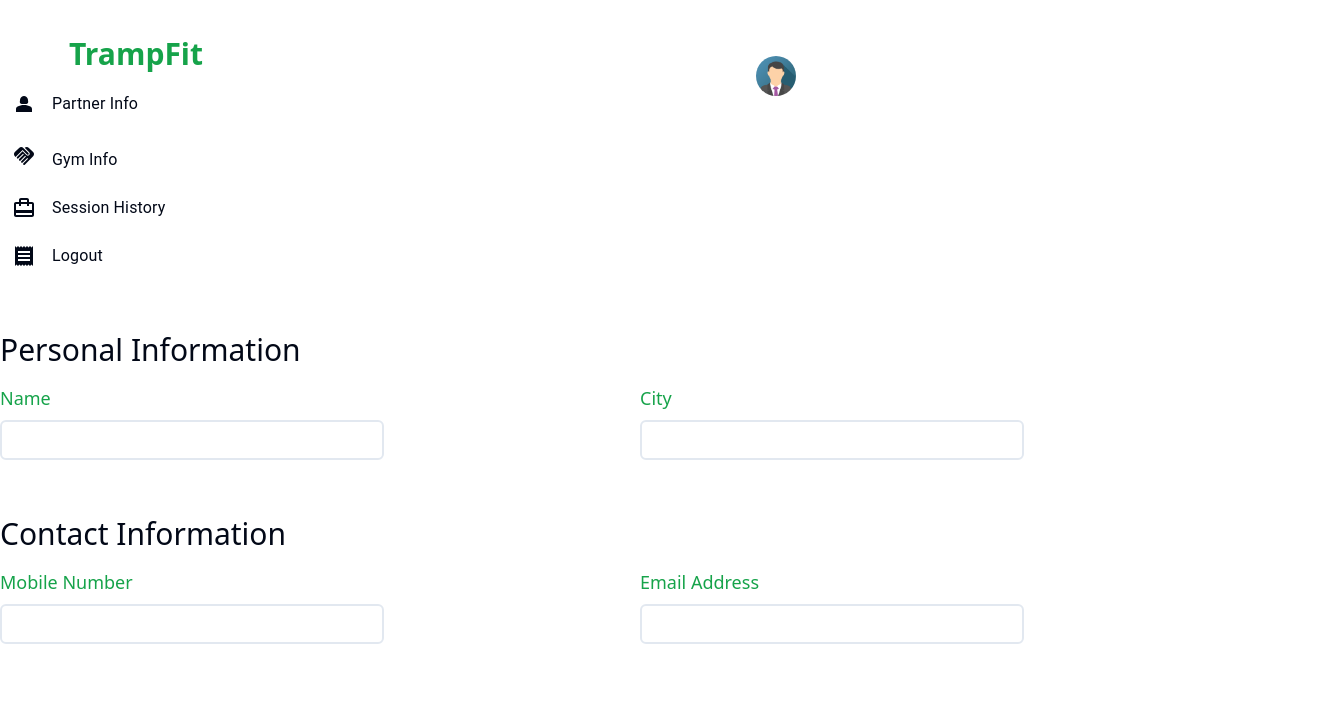
Repository: ezioxatul/TrampFit-Website
Page: /partner/partnerDashboard/partnerInfo (app in Frontend/)
An editor plug-in stored every save of this project. The page is shown before and after the next save, followed by the edit.
The browser window is 1280 px wide. The page is 1280 px wide, then 1344 px, so the pictures cover 1344 px, including what lies to the right of the window. The pictures show the whole page.
The project was rebuilt for these pictures with package versions that can differ from the ones it lists, and the page was loaded fresh each time. The framework's server and built-in components were replaced by stand-ins that run in the browser. Also part of the build but not shown: Frontend/next.config.js, Frontend/next.config.mjs, Frontend/components/Loader.js, Frontend/components/Popup.js.

Above is the page before, as saved 2024-05-16 17:44:04.

### Frontend/pages/_app.js
import Loader from "@/components/Loader";
import "@/styles/globals.css";
import { useRouter } from "next/router";
import { useEffect, useState } from "react";


const Loading = () => {

  return (
    <Loader/>
  );
}

export default function App({ Component, pageProps }) {

  const [loading, setLoading] = useState(false);
  const router = useRouter();

  useEffect(() => {
    const handleStart = () => setLoading(true);
    const handleComplete = () => setLoading(false);

    router.events.on('routeChangeStart', handleStart);
    router.events.on('routeChangeComplete', handleComplete);
    router.events.on('routeChangeError', handleComplete);

    return () => {
      router.events.off('routeChangeStart', handleStart);
      router.events.off('routeChangeComplete', handleComplete);
      router.events.off('routeChangeError', handleComplete);
    };
  }, []);

  return (
    <>
    <div className="h-2">
      {
        loading  &&
          <Loading />

      }
      </div>
          <Component {...pageProps} />

    </>
  );
}

### Frontend/pages/_document.js
import { Html, Head, Main, NextScript } from "next/document";

export default function Document() {
  return (
    <Html lang="en">
          <Head />
          <body>
            <Main />
            <NextScript />
          </body>
        </Html>
        );
}

### Frontend/pages/partner/partnerDashboard/partnerInfo.js
import PartnerSideBar from "@/components/PartnerSideBar";
import { Avatar } from "@mui/material";
import { Input } from "@/components/ui/input";
import { Label } from "@/components/ui/label";
import { useEffect, useState } from "react";
import { useRouter } from "next/router";
import { ToastContainer, toast } from "react-toastify";

export default function partnerInfo() {
    const inputClassName = "w-96 text-lg border-2";
    const labelClassName = "text-lg text-green-600 font-normal";
    const containerClassName = "ml-auto";

    return (
        <>
            <div className="flex flex-col min-h-screen">
                <div className="flex">
                    <PartnerSideBar />
                    <div className={`${containerClassName} mt-12 mx-auto`}>
                        <Avatar className="w-36 h-36 text-6xl bg-black" src="/avtar.png" />
                    </div>
                </div>
                <div>
                    <h1 className={`${containerClassName} text-3xl mb-4`}>Personal Information</h1>
                    <div className={`${containerClassName} flex mb-10`}>
                        <div className="mr-32 space-y-2">
                            <Label htmlFor="name" className={labelClassName}>
                                Name
                            </Label>
                            <Input type="text" className={inputClassName} />
                        </div>
                        <div className="ml-32 space-y-2">
                            <Label htmlFor="city" className={labelClassName}>
                                City
                            </Label>
                            <Input type="text" className={inputClassName} />
                        </div>
                    </div>
                </div>
                <div>
                    <h1 className={`${containerClassName} text-3xl mb-4 mt-4`}>Contact Information</h1>
                    <div className={`${containerClassName} flex mb-10`}>
                        <div className="mr-32 space-y-2">
                            <Label htmlFor="name" className={labelClassName}>
                                Mobile Number
                            </Label>
                            <Input type="text" className={inputClassName} />
                        </div>
                        <div className="ml-32 space-y-2 mb-10">
                            <Label htmlFor="city" className={labelClassName}>
                                Email Address
                            </Label>
                            <Input type="text" className={inputClassName} />
                        </div>
                        <ToastContainer />
                    </div>
                </div>
            </div>
        </>
    );
}

### Frontend/styles/globals.css
@tailwind base;
@tailwind components;
@tailwind utilities;


@layer base {
  :root {
    --background: 0 0% 100%;
    --foreground: 222.2 84% 4.9%;

    --card: 0 0% 100%;
    --card-foreground: 222.2 84% 4.9%;

    --popover: 0 0% 100%;
    --popover-foreground: 222.2 84% 4.9%;

    --primary: 222.2 47.4% 11.2%;
    --primary-foreground: 210 40% 98%;

    --secondary: 210 40% 96.1%;
    --secondary-foreground: 222.2 47.4% 11.2%;

    --muted: 210 40% 96.1%;
    --muted-foreground: 215.4 16.3% 46.9%;

    --accent: 210 40% 96.1%;
    --accent-foreground: 222.2 47.4% 11.2%;

    --destructive: 0 84.2% 60.2%;
    --destructive-foreground: 210 40% 98%;

    --border: 214.3 31.8% 91.4%;
    --input: 214.3 31.8% 91.4%;
    --ring: 222.2 84% 4.9%;

    --radius: 0.5rem;
  }

  .dark {
    --background: 222.2 84% 4.9%;
    --foreground: 210 40% 98%;

    --card: 222.2 84% 4.9%;
    --card-foreground: 210 40% 98%;

    --popover: 222.2 84% 4.9%;
    --popover-foreground: 210 40% 98%;

    --primary: 210 40% 98%;
    --primary-foreground: 222.2 47.4% 11.2%;

    --secondary: 217.2 32.6% 17.5%;
    --secondary-foreground: 210 40% 98%;

    --muted: 217.2 32.6% 17.5%;
    --muted-foreground: 215 20.2% 65.1%;

    --accent: 217.2 32.6% 17.5%;
    --accent-foreground: 210 40% 98%;

    --destructive: 0 62.8% 30.6%;
    --destructive-foreground: 210 40% 98%;

    --border: 217.2 32.6% 17.5%;
    --input: 217.2 32.6% 17.5%;
    --ring: 212.7 26.8% 83.9%;
  }
}

@layer base {
  * {
    @apply border-border;
  }
  body {
    @apply bg-background text-foreground;
  }
}


.outline_remove:focus{


}
.focus-visible\:ring-offset-2:focus-visible{
  border:none !important;
  outline: none !important;
  border-style: none;
}

### Frontend/components/PartnerSideBar.js
import List from '@mui/material/List';
import ListItemButton from '@mui/material/ListItemButton';
import ListItemText from '@mui/material/ListItemText';
import Person2Icon from '@mui/icons-material/Person2';
import HandshakeIcon from '@mui/icons-material/Handshake';
import CardTravelIcon from '@mui/icons-material/CardTravel';
import ReceiptIcon from '@mui/icons-material/Receipt';
import LogoutIcon from '@mui/icons-material/Logout';

import { useState } from 'react';
import Link from 'next/link';
import Popup from './Popup';
import { useRouter } from 'next/router';

export default function PartnerSideBar() {

    let SideBarHeading = ['Partner Info', 'Gym Info', 'Session History', 'Logout'];

    let router = useRouter();
    let [start, setStart] = useState(false);

    const logout = () => {
        setStart(!start);
    }


    const logoutEvent = () => {
        localStorage.removeItem('partnerToken');
        setStart(false);
        router.push('/partner/partnerLogin')
    }
    return (
        <>
            <div className=" w-72  m-[-8px] p-1  mb-10">
                <Link href="#"><h1 className=' text-green-600 text-3xl font-semibold text-center mt-8 cursor-pointer'>TrampFit</h1></Link>

                <List className='bg-white mt-8 ml-6 space-y-2'>
                    {
                        SideBarHeading.map((text, index) => {
                            return (
                                index === 1 ?
                                    <>

                                        <ListItemButton className=' space-x-4 flex justify-between hover:bg-green-100 hover:rounded-2xl hover:text-green-600'>
                                            <Link href="#" className='flex space-x-4 '>
                                                <HandshakeIcon className='text-2xl' />
                                                <ListItemText primary={text} />
                                            </Link>
                                        </ListItemButton>

                                    </> :
                                    index === 0 ?
                                        <Link href="#">
                                            <ListItemButton className=' space-x-4 hover:bg-green-100 hover:rounded-2xl hover:text-green-600'>
                                                <Person2Icon className='text-2xl' />
                                                <ListItemText primary={text} />
                                            </ListItemButton>
                                        </Link> :
                                        index === 2 ?
                                            <Link href="#">
                                                <ListItemButton className=' space-x-4 hover:bg-green-100 hover:rounded-2xl hover:text-green-600'>
                                                    <CardTravelIcon className='text-2xl' />
                                                    <ListItemText primary={text} />
                                                </ListItemButton>
                                            </Link> :
                                            index === 3 ?
                                                <Link href="#">
                                                    <ListItemButton className=' space-x-4 hover:bg-green-100 hover:rounded-2xl hover:text-green-600'>
                                                        <ReceiptIcon className='text-2xl' />
                                                        <ListItemText primary={text} />
                                                    </ListItemButton>
                                                </Link> :
                                                <ListItemButton className=' space-x-4 hover:bg-green-100 hover:rounded-2xl hover:text-green-600' onClick={logout}>
                                                    <LogoutIcon className='text-2xl' />
                                                    <ListItemText primary={text} />
                                                    <Popup open={start} title={"Do you Really want to Logout?"} cancel="Cancel" logout="Logout" logoutEvent={logoutEvent} cancelEvent={logout} />
                                                </ListItemButton>
                            )
                        })
                    }
                </List>
            </div>
        </>
    );
}

### Frontend/tailwind.config.js
/** @type {import('tailwindcss').Config} */
module.exports = {
  darkMode: ["class"],
  content: [
    './pages/**/*.{js,jsx}',
    './components/**/*.{js,jsx}',
    './app/**/*.{js,jsx}',
    './src/**/*.{js,jsx}',
  ],
  prefix: "",
  theme: {
    container: {
      center: true,
      padding: "2rem",
      screens: {
        "2xl": "1400px",
      },
    },
    extend: {fontFamily: {
      play: ["Play", "sans-serif"],
    },
      colors: {
        border: "hsl(var(--border))",
        input: "hsl(var(--input))",
        ring: "hsl(var(--ring))",
        background: "hsl(var(--background))",
        foreground: "hsl(var(--foreground))",
        primary: {
          DEFAULT: "hsl(var(--primary))",
          foreground: "hsl(var(--primary-foreground))",
        },
        secondary: {
          DEFAULT: "hsl(var(--secondary))",
          foreground: "hsl(var(--secondary-foreground))",
        },
        destructive: {
          DEFAULT: "hsl(var(--destructive))",
          foreground: "hsl(var(--destructive-foreground))",
        },
        muted: {
          DEFAULT: "hsl(var(--muted))",
          foreground: "hsl(var(--muted-foreground))",
        },
        accent: {
          DEFAULT: "hsl(var(--accent))",
          foreground: "hsl(var(--accent-foreground))",
        },
        popover: {
          DEFAULT: "hsl(var(--popover))",
          foreground: "hsl(var(--popover-foreground))",
        },
        card: {
          DEFAULT: "hsl(var(--card))",
          foreground: "hsl(var(--card-foreground))",
        },
      },
      borderRadius: {
        lg: "var(--radius)",
        md: "calc(var(--radius) - 2px)",
        sm: "calc(var(--radius) - 4px)",
      },
      keyframes: {
        "accordion-down": {
          from: { height: "0" },
          to: { height: "var(--radix-accordion-content-height)" },
        },
        "accordion-up": {
          from: { height: "var(--radix-accordion-content-height)" },
          to: { height: "0" },
        },
      },
      animation: {
        "accordion-down": "accordion-down 0.2s ease-out",
        "accordion-up": "accordion-up 0.2s ease-out",
      },
    },
  },
  plugins: [require("tailwindcss-animate")],
}

Loaded but not shown: Frontend/components/ui/input.jsx (common file); Frontend/components/ui/label.jsx (common file); Frontend/lib/utils.js (common file)

After the next save:
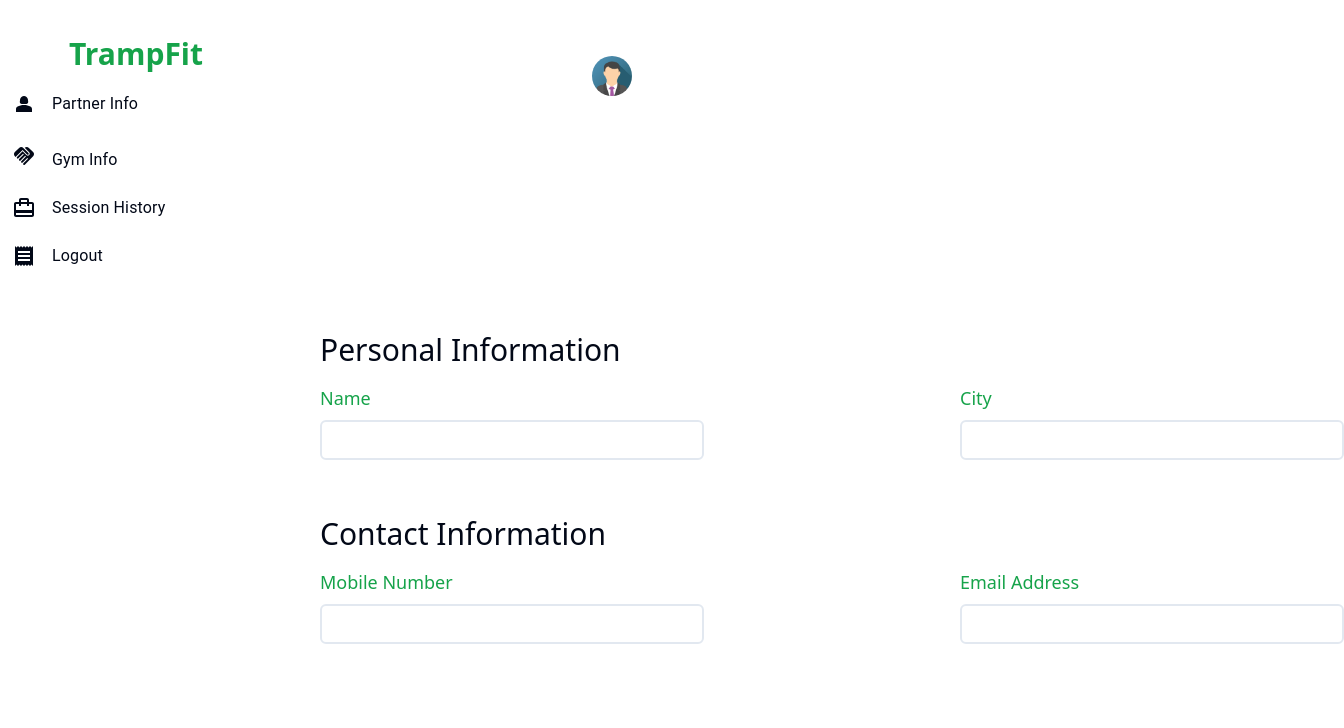
Saved 6 s later.
--- a/Frontend/pages/partner/partnerDashboard/partnerInfo.js
+++ b/Frontend/pages/partner/partnerDashboard/partnerInfo.js
@@ -9,7 +9,7 @@ import { ToastContainer, toast } from "react-toastify";
 export default function partnerInfo() {
     const inputClassName = "w-96 text-lg border-2";
     const labelClassName = "text-lg text-green-600 font-normal";
-    const containerClassName = "ml-auto";
+    const containerClassName = "ml-80";
 
     return (
         <>
